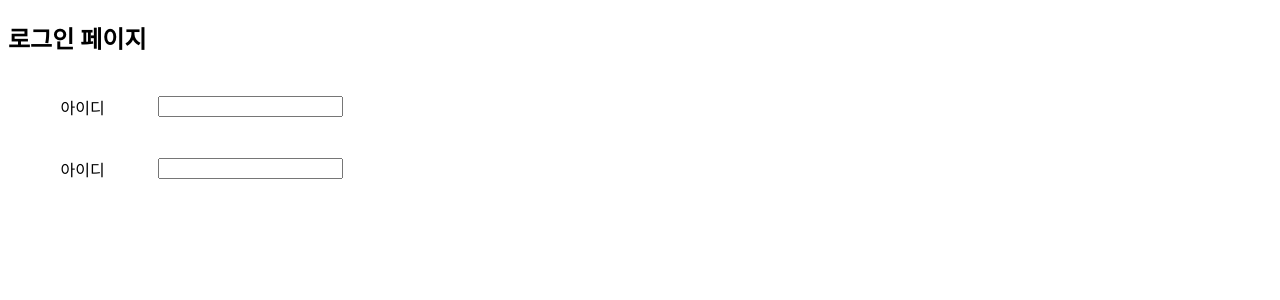
Repository: ohseung-web/OTjsp2026
Page: http://localhost/chapter/RequestLogin.jsp
The author's editor kept a copy of each file at every save. The page is drawn from the files as they stood at one save, then again after the next save.
The browser window is 1280 px wide. The pictures show the whole page.
The page is served by Tomcat 9.

Above is the page before, as saved 2026-10-17 05:55:11.

After the next save:
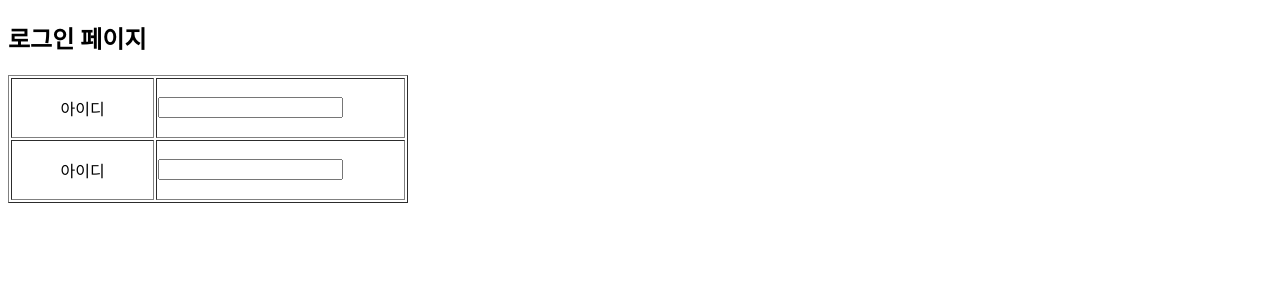
Saved 74 s later.
--- a/chapter/src/main/webapp/RequestLogin.jsp
+++ b/chapter/src/main/webapp/RequestLogin.jsp
@@ -12,7 +12,7 @@
 	<!-- 코드 한줄 복사 단축키 : Ctrl + Alt + ↓ -->
 	<!-- form안의 method은 전송방식을 의미한다. (Get,  Post) -->
 	<form action="RequestloginProc.jsp" method="get">
-		<table width="400">
+		<table width="400" border="1">
 			<tr height="60">
 				<td align="center" width="150">아이디</td>
 				<td align="letf" width="250">
@@ -26,7 +26,6 @@
 				</td>
 			</tr>
 		</table>
-
 	</form>
 </body>
 </html>
